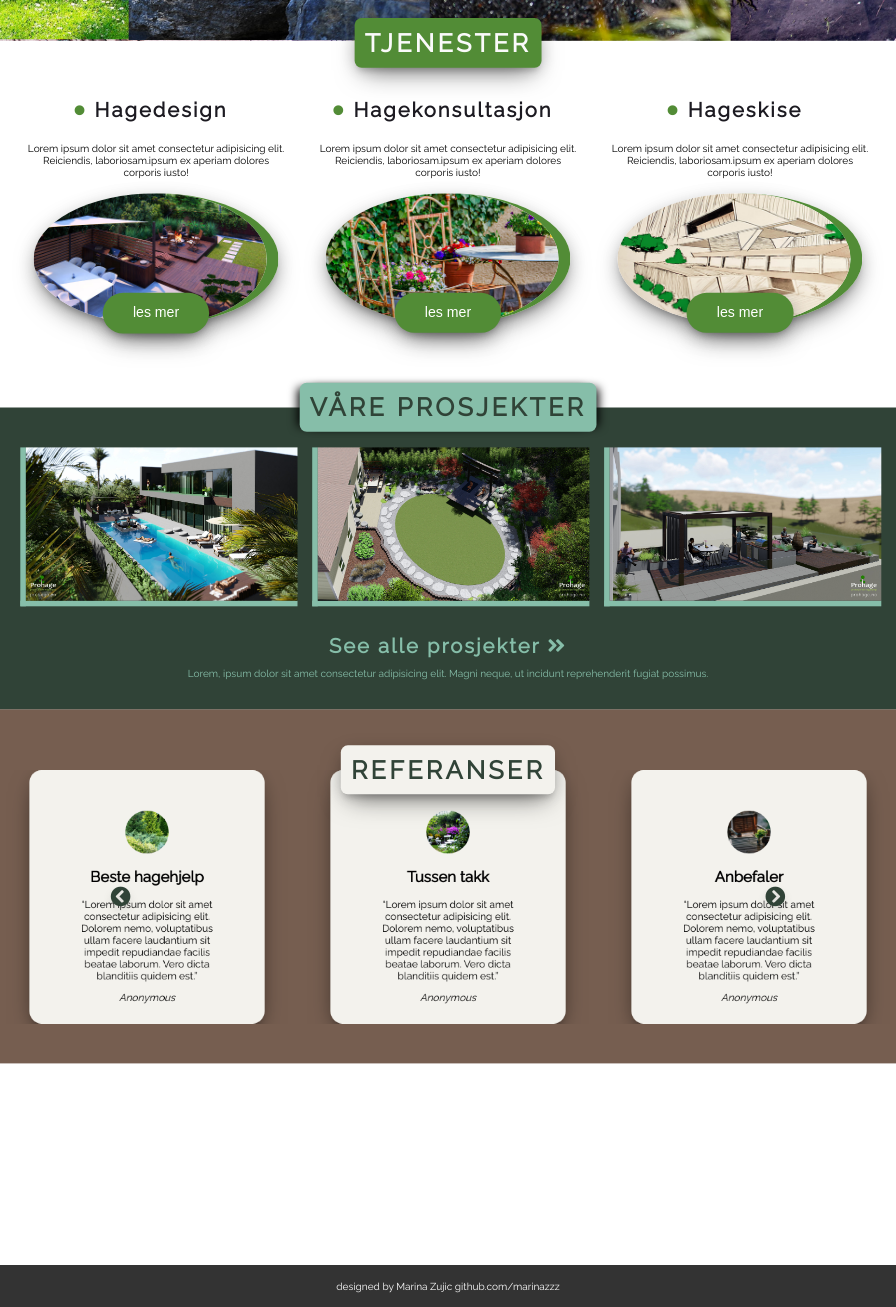
Repository: marinazzz/garden-design-website
Page: Garden design website/index.html
The author's editor kept a copy of each file at every save. The page is drawn from the files as they stood at one save, then again after the next save.
The browser window is 1280 px wide. The pictures show the part of the page from y = 943 to 2863 px (the page is 2810 px tall before and 2863 px after), at 70% of full size.

Above is the page before, as saved 2020-04-03 12:46:19.

After the next save:
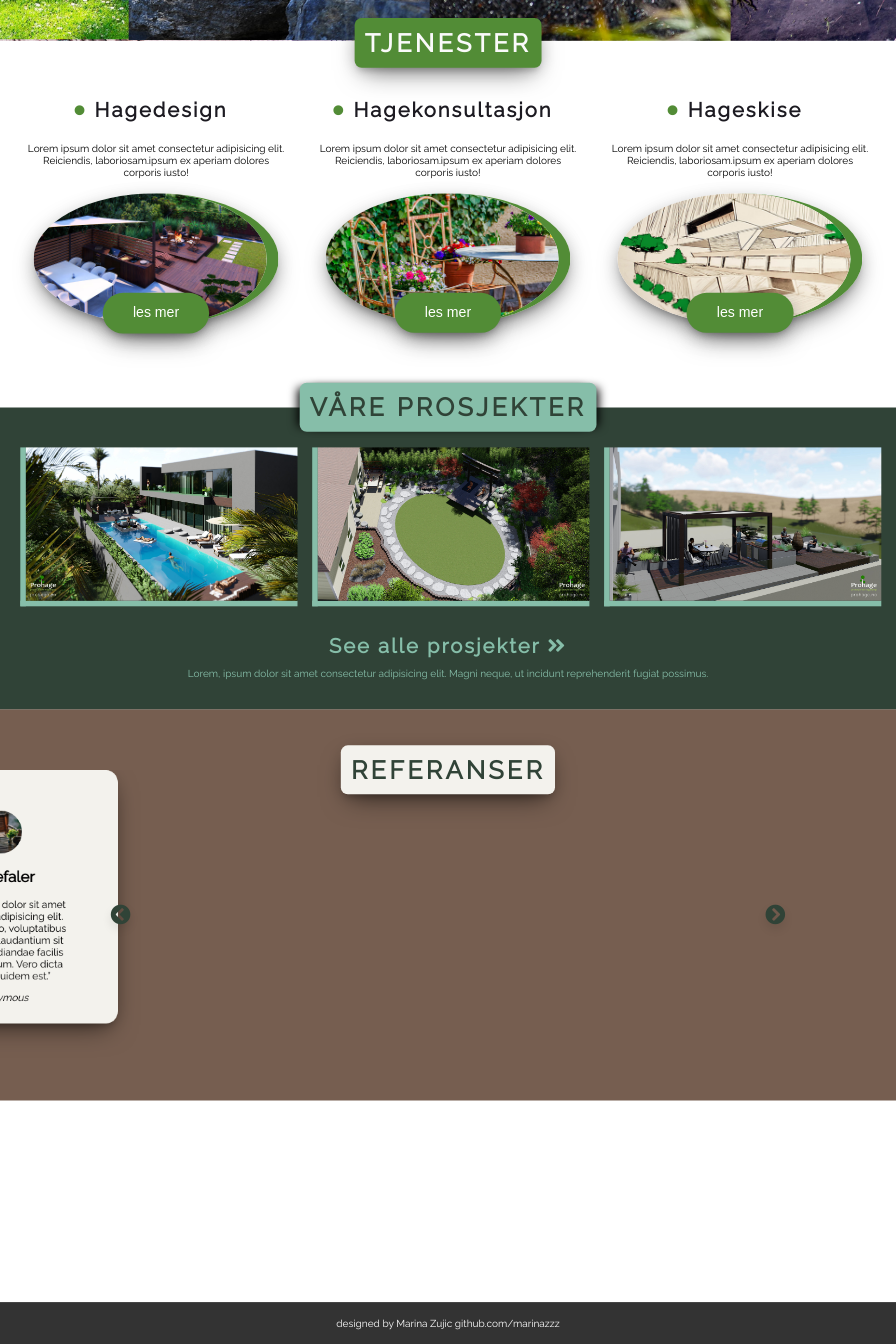
Saved 2 min 19 s later.
--- a/Garden design website/JS/js-app.js
+++ b/Garden design website/JS/js-app.js
@@ -11,14 +11,25 @@ navBarToggle.addEventListener("click", function () {
 
 //GLIDE PLUGIN
 
-new Glide('.glide', {
+/*new Glide('.glide', {
     type: 'carousel',
     autoplay: true,
     hoverpause: false,
     perView: 1,
     animationDuration: 10000
-}).mount()
+}).mount()*/
 
+const carouselAuto = document.querySelectorAll(".glide");
+Object.values(carouselAuto).map(carousel => {
+      const slider = new Glide(carousel, {
+        type: 'carousel',
+        autoplay: true,
+        hoverpause: false,
+        perView: 1,
+        animationDuration: 10000
+      });
+      slider.mount();
+});
 
 const carousels = document.querySelectorAll(".glide");
 Object.values(carousels).map(carousel => {

After the 2 saves that followed:
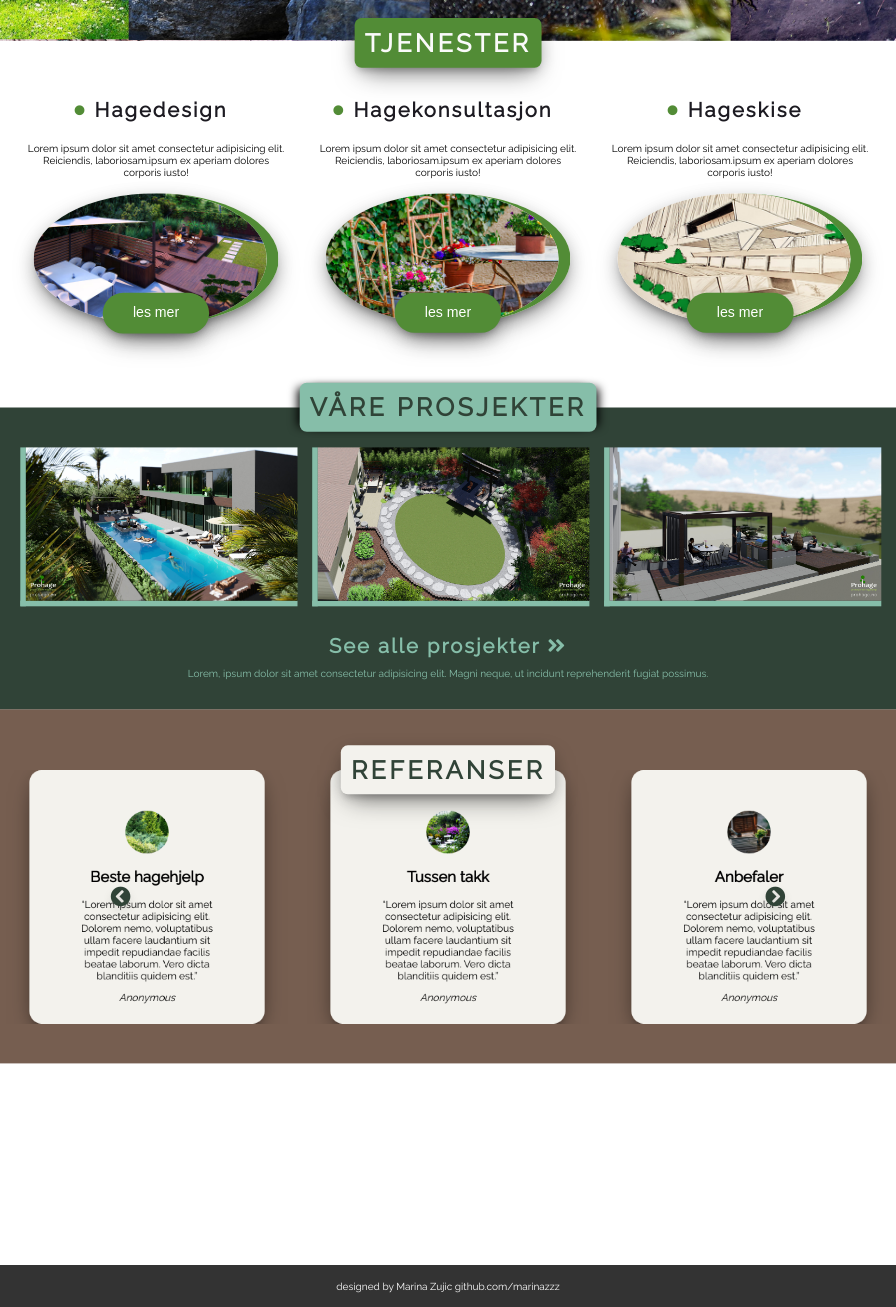
The 2 saves are shown as one change because 1 left the picture as it was.
The last was saved 2 min 42 s later.
--- a/Garden design website/JS/js-app.js
+++ b/Garden design website/JS/js-app.js
@@ -11,25 +11,13 @@ navBarToggle.addEventListener("click", function () {
 
 //GLIDE PLUGIN
 
-/*new Glide('.glide', {
+new Glide('.glide', {
     type: 'carousel',
     autoplay: true,
     hoverpause: false,
     perView: 1,
     animationDuration: 10000
-}).mount()*/
-
-const carouselAuto = document.querySelectorAll(".glide");
-Object.values(carouselAuto).map(carousel => {
-      const slider = new Glide(carousel, {
-        type: 'carousel',
-        autoplay: true,
-        hoverpause: false,
-        perView: 1,
-        animationDuration: 10000
-      });
-      slider.mount();
-});
+}).mount()
 
 const carousels = document.querySelectorAll(".glide");
 Object.values(carousels).map(carousel => {
